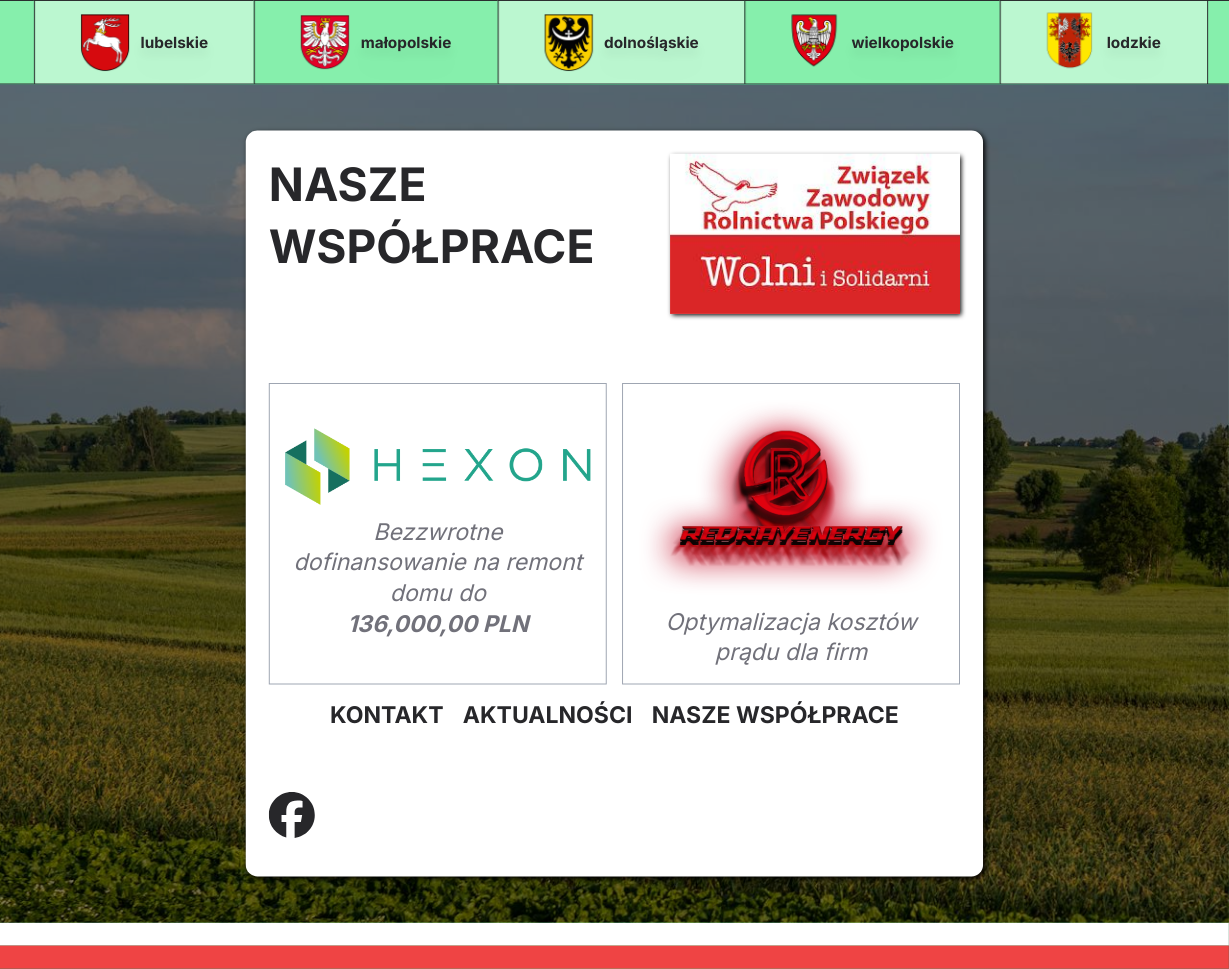
Repository: wesiudev/ZZRPWiS
Page: /nasze-wspolprace
These files come from the project's save history. The page is drawn as it stood at one moment and after the next save; the edit follows.
The browser window is 1280 px wide. The pictures show the whole page, at 96% of full size.
The project was rebuilt for these pictures with package versions that can differ from the ones it lists, and the page was loaded fresh each time. The framework's server and built-in components were replaced by stand-ins that run in the browser. Also part of the build but not shown: next.config.mjs.

Above is the page before, as saved 2024-08-14 20:57:20.

### src/app/layout.tsx
import { Inter } from "next/font/google";
import "./globals.css";
import { Cardo } from "next/font/google";
const cardo = Cardo({
  weight: ["400", "700"],
  style: ["normal", "italic"],
  subsets: ["latin"],
  display: "swap",
  variable: "--font-cardo",
});
const inter = Inter({ subsets: ["latin"] });

export default function RootLayout({
  children,
}: Readonly<{
  children: React.ReactNode;
}>) {
  return (
    <html lang="pl">
      <body
        className={`bg-gradient-to-r from-green-800 via-green-500 to-green-800 ${inter.className} ${cardo.variable}`}
      >
        {children}
      </body>
    </html>
  );
}

### src/app/nasze-wspolprace/page.tsx
import Pause from "@/components/Pause";
import Regions from "@/components/Regions";
import { Metadata } from "next";
import Image from "next/image";
import Link from "next/link";
import { FaFacebook, FaTiktok, FaYoutube } from "react-icons/fa6";

export default async function Page() {
  return (
    <>
      <Regions />
      <div className="bg-heroBG min-h-screen w-full bg-center bg-no-repeat flex items-center justify-center relative">
        <div className="absolute top-0 left-0 bg-black w-full h-full bg-opacity-50" />
        <div
          className="bg-white p-6 w-[95%] sm:w-[90%] md:w-[80%] lg:w-[70%] xl:w-[60%] 2xl:w-[50%] rounded-xl my-12 relative z-10"
          style={{ boxShadow: "2px 2px 5px #000000" }}
        >
          <div className="grid grid-cols-2 w-full">
            <div
              style={{ lineHeight: 1.35 }}
              className="text-3xl md:text-4xl lg:text-5xl font-bold text-zinc-800 text-left"
            >
              NASZE WSPÓŁPRACE
            </div>
            <Link href="/" className="flex items-end justify-end">
              <Image
                src="/assets/logo.jpg"
                width={224}
                height={224}
                alt=""
                className="w-1/2 lg:w-auto mb-12"
                style={{ boxShadow: "2px 2px 5px #000000" }}
              />
            </Link>
          </div>
          <div className="grid grid-cols-1 md:grid-cols-2 gap-4">
            <Link
              target="_blank"
              title="Dofinansowanie na remont domu"
              href="https://hexon.work/"
              className="flex flex-col mt-6 text-zinc-500 p-4 hover:bg-zinc-300 duration-100 group items-center justify-center border border-gray-400"
            >
              <Image
                src="/logo-hexon2.png"
                width={420}
                height={420}
                alt="Dofinansowanie na remont domu Hexon"
                className="w-[220px] sm:w-[270px] lg:w-[320px] mx-auto md:mx-0"
              />
              <div className="text-lg lg:text-xl xl:text-2xl 2xl:text-3xl mt-3 italic text-center">
                Bezzwrotne dofinansowanie na remont domu do <br />{" "}
                <b>136,000,00 PLN</b>
              </div>
            </Link>
            <Link
              target="_blank"
              title="Optymalizacja kosztów prądu dla firm"
              href="https://redrayenergy.com/"
              className="flex flex-col mt-6 text-zinc-500 p-4 hover:bg-zinc-300 duration-100 group items-center justify-center border border-gray-400"
            >
              <Image
                src="/rre-logo.png"
                width={420}
                height={420}
                alt="Optymalizacja kosztów prądu dla firm"
                className="w-[220px] sm:w-[270px] lg:w-[320px] mx-auto md:mx-0"
              />
              <div className="text-lg lg:text-xl xl:text-2xl 2xl:text-3xl mt-3 italic text-center">
                Optymalizacja kosztów prądu dla firm
              </div>
            </Link>
          </div>
          <div className="flex flex-row flex-wrap space-x-5 text-zinc-800 mt-4 w-full justify-center pb-12">
            <Link
              title="skontaktuj się z nami"
              className="text-base sm:text-lg lg:text-2xl 2xl:text-3xl font-bold"
              href="/kontakt"
            >
              KONTAKT
            </Link>
            <Link
              title="zobacz nasze aktualności"
              className="text-base sm:text-lg lg:text-2xl 2xl:text-3xl font-bold"
              href="/aktualnosci"
            >
              AKTUALNOŚCI
            </Link>
            <Link
              title="sprawdź z kim współpracujemy"
              className="text-base sm:text-lg lg:text-2xl 2xl:text-3xl font-bold"
              href="/nasze-wspolprace"
            >
              NASZE WSPÓŁPRACE
            </Link>
          </div>
          <div className="flex items-center w-full space-x-4 text-zinc-800 py-4">
            {/* <Link href="#">
              <FaTiktok className="w-12 h-12" />
              </Link> */}
            <Link href="https://www.facebook.com/profile.php?id=61550239301123&paipv=0&eav=AfZer2jHkWSa-HmLrgFsTw3nhcupkP39hRtDJF9mHJ8yHD3mOZiyraXKsKpK0l_MQFQ">
              <FaFacebook className="w-12 h-12" />
            </Link>
            {/* <Link href="#">
              <FaYoutube className="w-12 h-12" />
              </Link> */}
          </div>
        </div>
      </div>
      <Pause />
    </>
  );
}
export const metadata: Metadata = {
  viewport: "width=device-width, initial-scale=1",
  themeColor: "red",
  publisher: "wesiu.dev",
  manifest: "/manifest.json",
  verification: {
    google: "google85185d3abec28326.html",
  },
  icons: [
    {
      url: "/favicons/favicon-32x32.png",
      sizes: "32x32",
      type: "image/png",
    },
    {
      url: "/favicon.ico",
      sizes: "48x48",
      type: "image/x-icon",
    },
    {
      url: "/favicons/android-chrome-192x192.png",
      sizes: "192x192",
      type: "image/png",
    },
    {
      url: "/favicons/android-chrome-512x512.png",
      sizes: "512x512",
      type: "image/png",
    },
  ],
  title:
    "NASZE WSPÓŁPRACE - Związek Zawodowy Rolnictwa Polskiego Wolni i Solidarni",
  description:
    "Wspieramy Rolników i osoby pracujące na rzecz Rolnictwa. Dbamy o ochronę godności, praw i interesów materialnych. Nie pozwólmy o upadek Polskiego sektora rolnictwa.",
  openGraph: {
    type: "website",
    url: "https://ZZRPWiS.pl",
    title:
      "NASZE WSPÓŁPRACE - Związek Zawodowy Rolnictwa Polskiego Wolni i Solidarni",
    description:
      "Wspieramy Rolników i osoby pracujące na rzecz Rolnictwa. Dbamy o ochronę godności, praw i interesów materialnych. Nie pozwólmy o upadek Polskiego sektora rolnictwa.",
    siteName: "ZZRPWiS",
  },
};

### src/app/globals.css
@tailwind base;
@tailwind components;
@tailwind utilities;

:root {
  --foreground-rgb: 0, 0, 0;
  --background-start-rgb: 214, 219, 220;
  --background-end-rgb: 255, 255, 255;
}

@media (prefers-color-scheme: dark) {
  :root {
    --foreground-rgb: 255, 255, 255;
    --background-start-rgb: 0, 0, 0;
    --background-end-rgb: 0, 0, 0;
  }
}
.smallCaps {
  font-variant: small-caps;
}
body {
  color: rgb(var(--foreground-rgb));
  background: linear-gradient(
      to bottom,
      transparent,
      rgb(var(--background-end-rgb))
    )
    rgb(var(--background-start-rgb));
}

@layer utilities {
  .text-balance {
    text-wrap: balance;
  }
}
@keyframes move-from-right-to-left {
  0% {
    transform: translateX(-100%);
  }
  100% {
    transform: translateX(-50%);
  }
}

.move-from-right-to-left {
  animation: move-from-right-to-left 30s linear infinite;
}
.add_content_btn {
  @apply bg-white text-zinc-800 font-bold py-2 px-4  cursor-pointer border-dashed border-zinc-800 border-2 w-full hover:bg-gray-300 duration-300;
}
.add_image_btn {
  @apply bg-white text-zinc-800 font-bold py-2 px-4  cursor-pointer border-dashed border-zinc-800 border-2 w-full aspect-square hover:bg-gray-300 duration-300;
}
.icon-link {
  @apply flex flex-row items-center;
}
.icon {
  @apply h-4 w-4 mr-3;
}
.text-square {
  @apply text-justify;
}

### src/components/Pause.tsx
export default function Pause() {
  return (
    <div id="about" className="flex flex-col w-full">
      <div className="w-full bg-white h-6"></div>
      <div className="w-full bg-red-500 h-6"></div>
    </div>
  );
}

### src/components/Regions.tsx
import Image from "next/image";
import Link from "next/link";

export default function Regions() {
  return (
    <div className="w-full flex items-center overflow-hidden">
      <div className="flex flex-row move-from-right-to-left ml-[100%]">
        {regions.map((region: any, i: any) => (
          <div
            key={i}
            className={`flex text-zinc-800 w-max items-center px-12 py-3 border-l-2 border-zinc-800 border-t-2 ${
              i % 2 === 0 ? "bg-green-300" : "bg-green-200"
            }`}
          >
            <Image
              src={region.image}
              width={100}
              height={100}
              alt=""
              className="w-[50px] h-auto mr-3"
            />

            <h2 className="w-max font-bold text-zinc-800 drop-shadow-xl shadow-black">
              {region.name}
            </h2>
          </div>
        ))}
        {regions.map((region: any, i: any) => (
          <div
            key={i}
            className={`flex text-zinc-800 w-max items-center px-12 py-3 border-l border-zinc-800 border-y ${
              i % 2 === 0 ? "bg-green-300" : "bg-green-200"
            }`}
          >
            <Image
              src={region.image}
              width={100}
              height={100}
              alt=""
              className="w-[50px] h-auto mr-3"
            />
            <h2 className="w-max font-bold text-zinc-800 drop-shadow-xl shadow-black">
              {region.name}
            </h2>
          </div>
        ))}
      </div>
    </div>
  );
}

const regions = [
  { name: "warmińsko-mazurskie", image: "/assets/regions/warm-maz.png" },
  { name: "pomorskie", image: "/assets/regions/pom.png" },
  { name: "podlaskie", image: "/assets/regions/podl.png" },
  { name: "kujawsko-pomorskie", image: "/assets/regions/kuj-pom.png" },
  { name: "mazowieckie", image: "/assets/regions/maz.png" },
  { name: "lubelskie", image: "/assets/regions/lubelskie.png" },
  { name: "małopolskie", image: "/assets/regions/mal.png" },
  { name: "dolnośląskie", image: "/assets/regions/dolnoslaskie.png" },
  { name: "wielkopolskie", image: "/assets/regions/wielk.png" },
  { name: "lodzkie", image: "/assets/regions/lodz.png" },
  { name: "świętokrzyskie", image: "/assets/regions/swiet.png" },
  { name: "zachodniopomorskie", image: "/assets/regions/zach.png" },
];

### tailwind.config.ts
import type { Config } from "tailwindcss";

const config: Config = {
  content: [
    "./src/pages/**/*.{js,ts,jsx,tsx,mdx}",
    "./src/components/**/*.{js,ts,jsx,tsx,mdx}",
    "./src/app/**/*.{js,ts,jsx,tsx,mdx}",
  ],
  theme: {
    extend: {
      fontFamily: {
        cardo: ["var(--font-cardo)"],
      },
      backgroundImage: {
        heroBG: "url('/assets/heroBG.jpg')",
        "gradient-radial": "radial-gradient(var(--tw-gradient-stops))",
        "gradient-conic":
          "conic-gradient(from 180deg at 50% 50%, var(--tw-gradient-stops))",
      },
    },
  },
  plugins: [],
};
export default config;

After the next save:
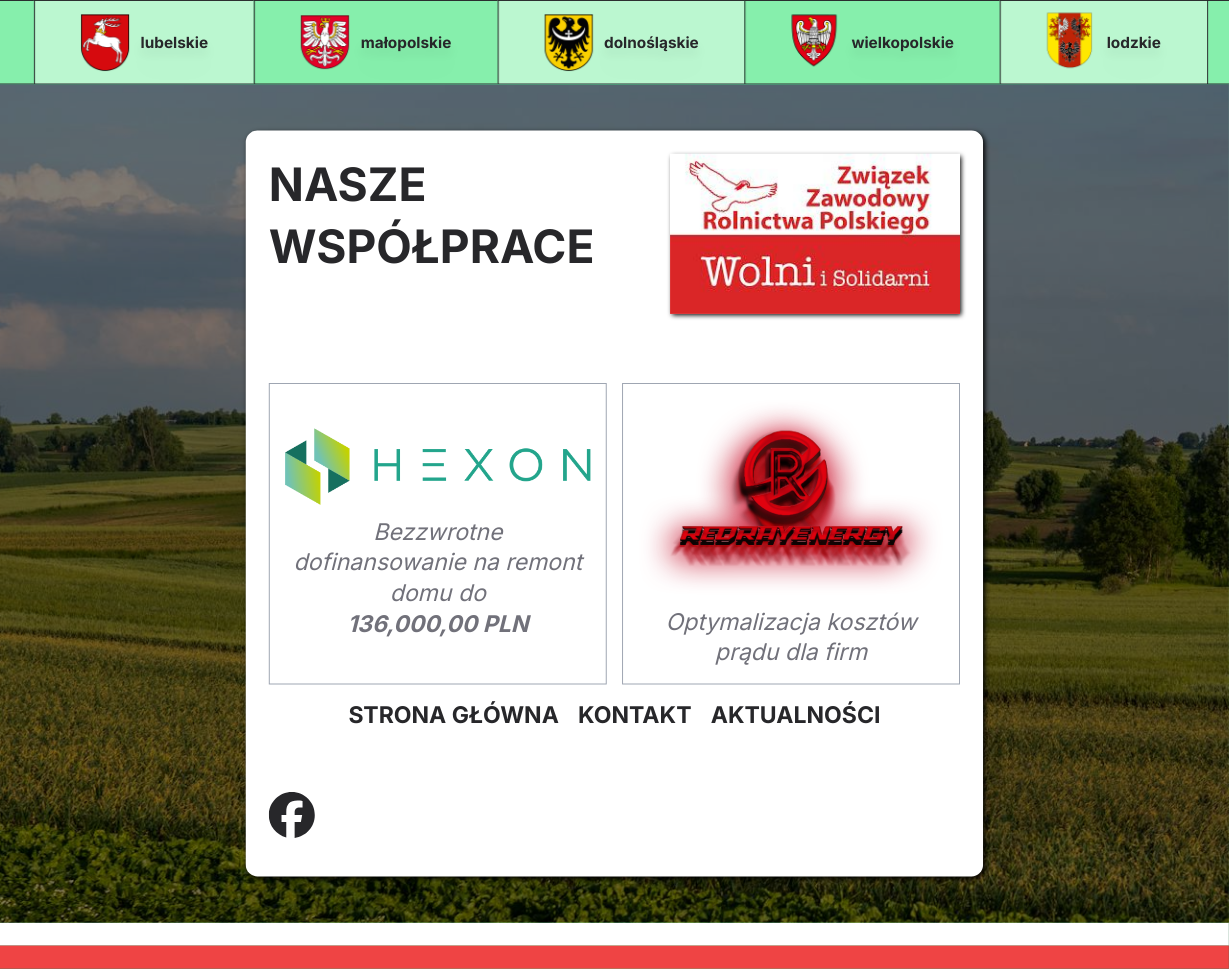
Saved 48 s later.
--- a/src/app/nasze-wspolprace/page.tsx
+++ b/src/app/nasze-wspolprace/page.tsx
@@ -72,6 +72,13 @@
           </div>
           <div className="flex flex-row flex-wrap space-x-5 text-zinc-800 mt-4 w-full justify-center pb-12">
             <Link
+              title="przejdź na naszą stronę główną"
+              className="text-base sm:text-lg lg:text-2xl 2xl:text-3xl font-bold"
+              href="/"
+            >
+              STRONA GŁÓWNA
+            </Link>
+            <Link
               title="skontaktuj się z nami"
               className="text-base sm:text-lg lg:text-2xl 2xl:text-3xl font-bold"
               href="/kontakt"
@@ -84,13 +91,6 @@
               href="/aktualnosci"
             >
               AKTUALNOŚCI
-            </Link>
-            <Link
-              title="sprawdź z kim współpracujemy"
-              className="text-base sm:text-lg lg:text-2xl 2xl:text-3xl font-bold"
-              href="/nasze-wspolprace"
-            >
-              NASZE WSPÓŁPRACE
             </Link>
           </div>
           <div className="flex items-center w-full space-x-4 text-zinc-800 py-4">
